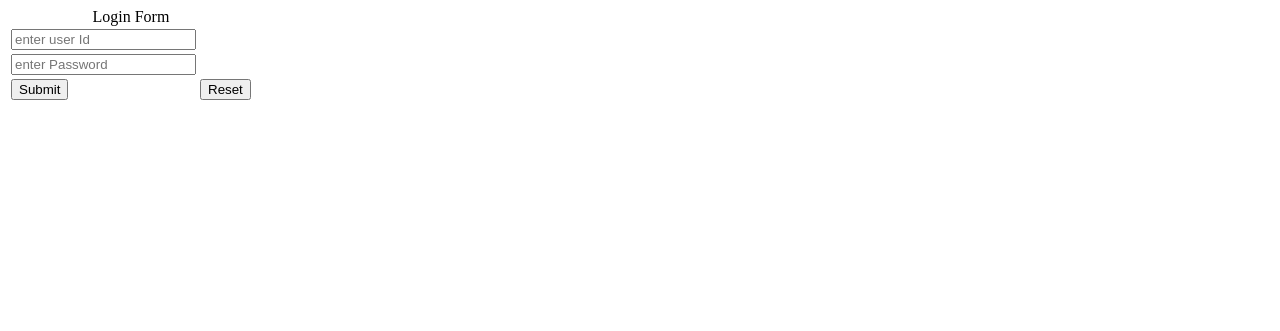
Repository: AdarshK062/BasicServlet
Page: http://localhost/Project1/
An editor plug-in stored every save of this project. The page is shown before and after the next save, followed by the edit.
The browser window is 1280 px wide. The pictures show the whole page.
The page is served by Tomcat 9.

Above is the page before, as saved 2021-03-28 18:57:27.

After the next save:
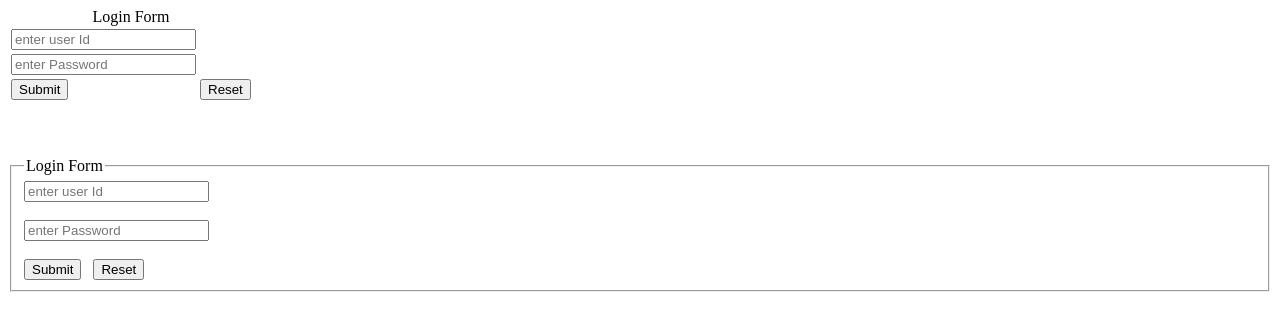
Saved 95 s later.
--- a/Project1/WebContent/index.jsp
+++ b/Project1/WebContent/index.jsp
@@ -30,5 +30,20 @@
 </tr>
 </table>
 </form>
+<br>
+<br>
+<br>
+<form action="LoginServlet" method="post">
+<fieldset>
+<legend>Login Form</legend>
+	<input type="text" name="userId" placeholder="enter user Id"/>
+	<br><br>
+	<input type="text" name="password" placeholder="enter Password"/>
+	<br><br>
+	<input type="submit"/>
+	&nbsp;
+	<input type="reset"/>
+</fieldset>
+</form>
 </body>
 </html>
